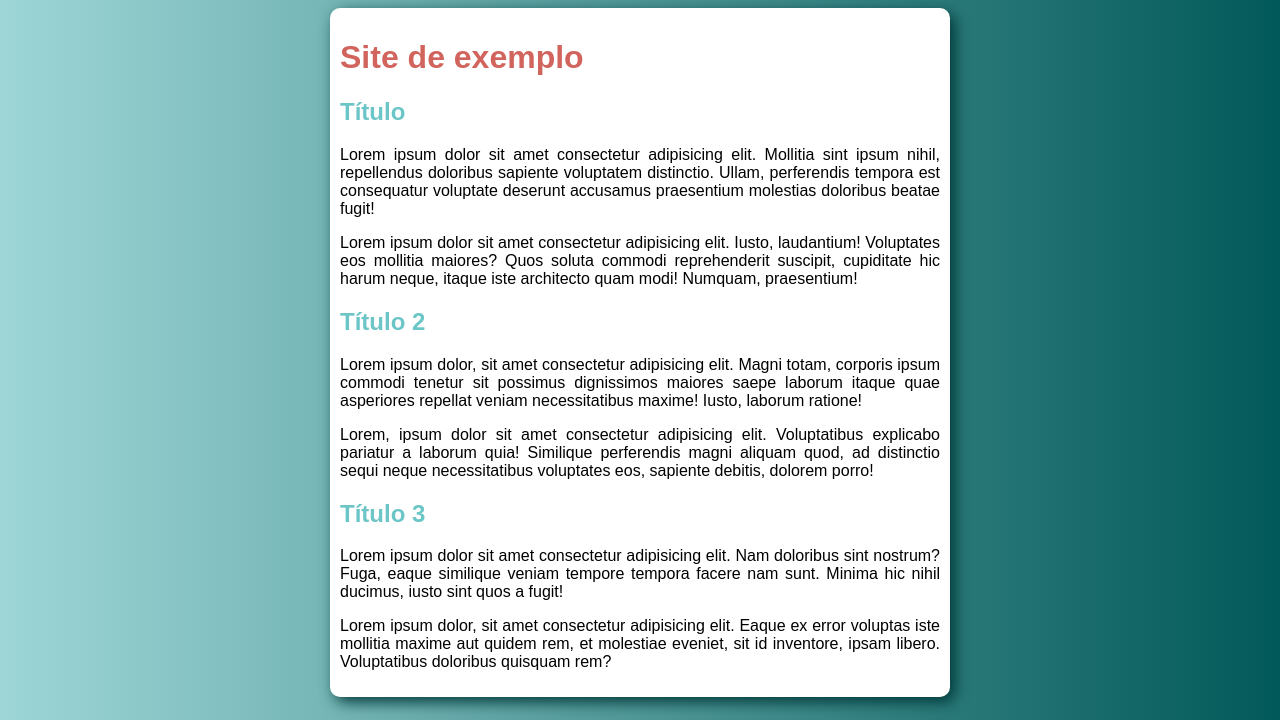
Repository: pheonix5/Estudo
Page: html-css/exercicios/ex016/cor03.html
The author's editor kept a copy of each file at every save. The page is drawn from the files as they stood at one save, then again after the next save.
The browser window is 1280 px wide. The pictures show the whole page.

Above is the page before, as saved 2023-08-10 21:54:03.

### html-css/exercicios/ex016/cor03.html
<!DOCTYPE html>
<html lang="pt-br">
<head>
  <meta charset="UTF-8">
  <meta name="viewport" content="width=device-width, initial-scale=1.0">
  <title>Site de exemplo</title>
  <link rel="stylesheet" href="style.css">
</head>
<body>
  <main>
    <h1>Site de exemplo</h1>
    <h2>Título</h2>
    <p>Lorem ipsum dolor sit amet consectetur adipisicing elit. Mollitia sint ipsum nihil, repellendus doloribus sapiente voluptatem distinctio. Ullam, perferendis tempora est consequatur voluptate deserunt accusamus praesentium molestias doloribus beatae fugit!</p>
    <p>Lorem ipsum dolor sit amet consectetur adipisicing elit. Iusto, laudantium! Voluptates eos mollitia maiores? Quos soluta commodi reprehenderit suscipit, cupiditate hic harum neque, itaque iste architecto quam modi! Numquam, praesentium!</p>

    <h2>Título 2</h2>
    <p>Lorem ipsum dolor, sit amet consectetur adipisicing elit. Magni totam, corporis ipsum commodi tenetur sit possimus dignissimos maiores saepe laborum itaque quae asperiores repellat veniam necessitatibus maxime! Iusto, laborum ratione!</p>
    <p>Lorem, ipsum dolor sit amet consectetur adipisicing elit. Voluptatibus explicabo pariatur a laborum quia! Similique perferendis magni aliquam quod, ad distinctio sequi neque necessitatibus voluptates eos, sapiente debitis, dolorem porro!</p>
    <h2>Título 3</h2>
    <p>Lorem ipsum dolor sit amet consectetur adipisicing elit. Nam doloribus sint nostrum? Fuga, eaque similique veniam tempore tempora facere nam sunt. Minima hic nihil ducimus, iusto sint quos a fugit!</p>
    <p>Lorem ipsum dolor, sit amet consectetur adipisicing elit. Eaque ex error voluptas iste mollitia maxime aut quidem rem, et molestiae eveniet, sit id inventore, ipsam libero. Voluptatibus doloribus quisquam rem?</p>
  </main>
</body>
</html>

### html-css/exercicios/ex016/style.css
@charset "UTF-8";

*{
  font-family: Arial, Helvetica, sans-serif;
  /* height: 100%; */
}

body{
  background-image: linear-gradient(to right, #9ED6D7 , #025959 );
}

main{
  background-color: #FFF;
  border-radius: 10px;
  box-shadow: 5px 5px 15px #013838;
  width: 600px;
  padding: 10px;
  margin: auto;
}

h1{
  color: #D1645D;
}

h2{
  color: #6CC5C6;
}

p{
  text-align: justify;
}

After the next save:
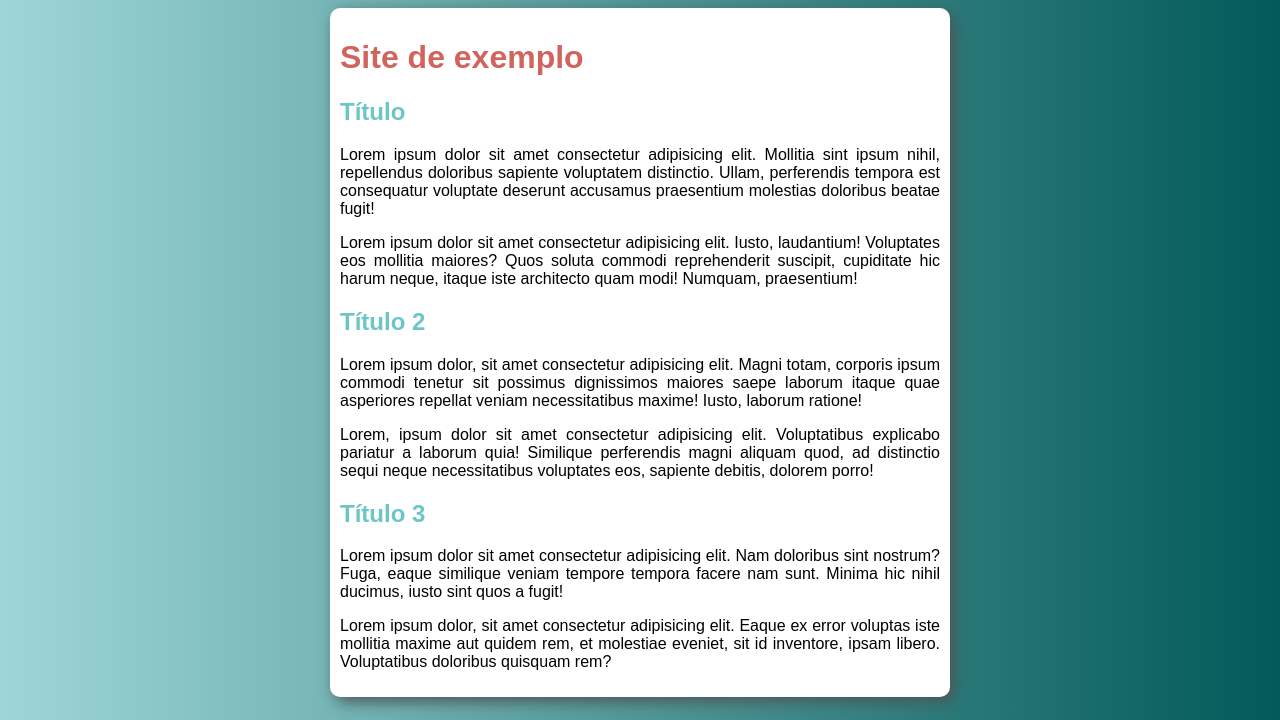
Saved 11 s later.
--- a/html-css/exercicios/ex016/style.css
+++ b/html-css/exercicios/ex016/style.css
@@ -12,7 +12,7 @@
 main{
   background-color: #FFF;
   border-radius: 10px;
-  box-shadow: 5px 5px 15px #013838;
+  box-shadow: 5px 5px 15px #4d5757;
   width: 600px;
   padding: 10px;
   margin: auto;

After the save that followed:
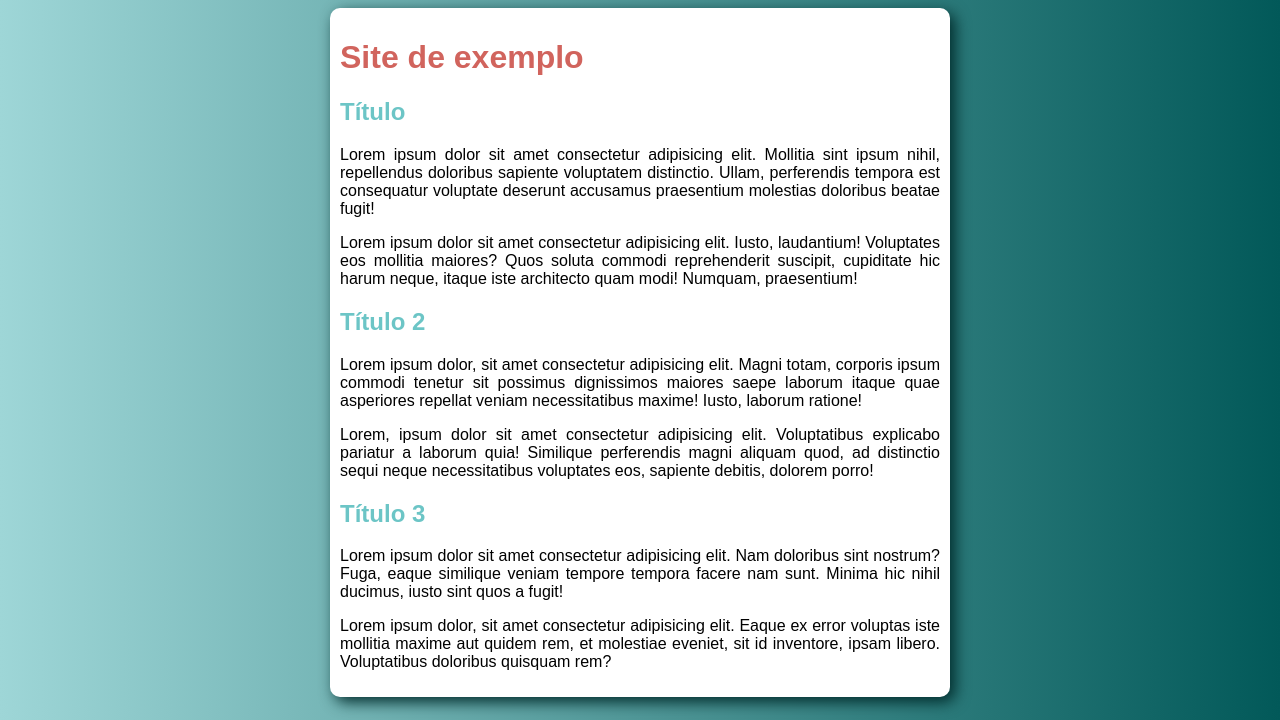
Saved 12 s later.
--- a/html-css/exercicios/ex016/style.css
+++ b/html-css/exercicios/ex016/style.css
@@ -12,7 +12,7 @@
 main{
   background-color: #FFF;
   border-radius: 10px;
-  box-shadow: 5px 5px 15px #4d5757;
+  box-shadow: 5px 5px 15px #012b2b;
   width: 600px;
   padding: 10px;
   margin: auto;
